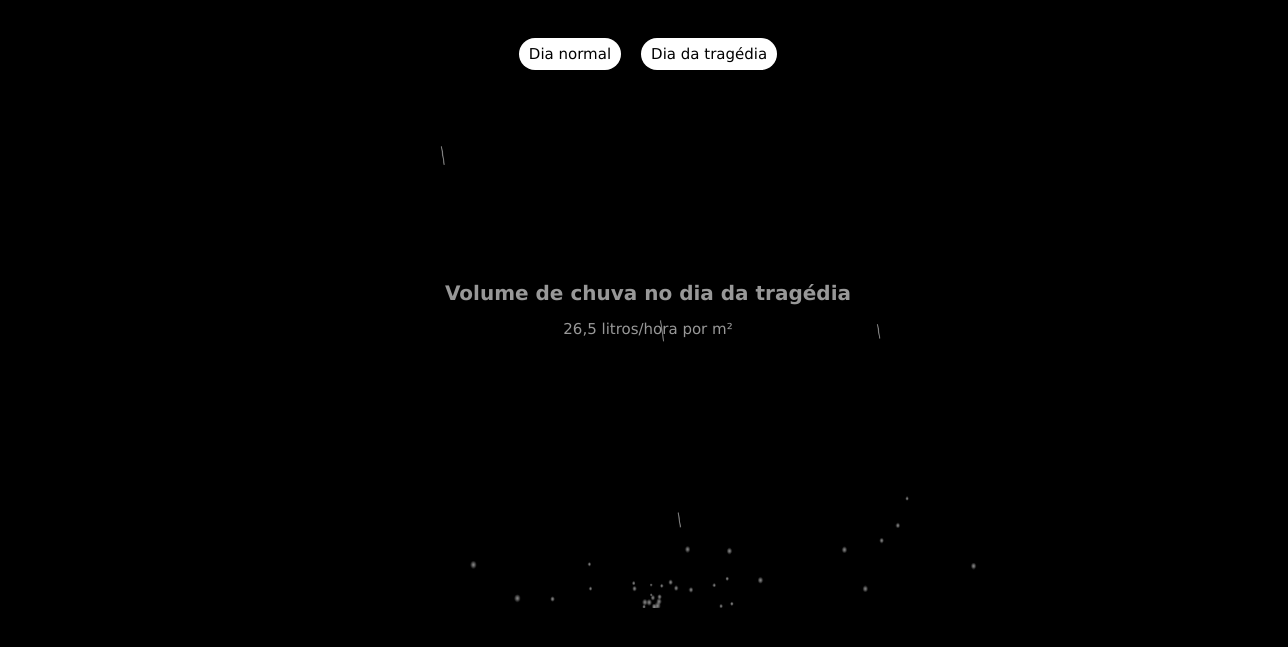
Repository: lucasthaynan/chuvas-estadao
Page: index.html
These files come from the project's save history. The page is drawn as it stood at one moment and after the next save; the edit follows.
The browser window is 1280 px wide. The page is 1288 px wide, so the pictures cover 1288 px, including what lies to the right of the window. The pictures show the whole page.

Above is the page before, as saved 2023-02-24 11:55:01.
Console error: ReferenceError: dat is not defined

After the next save:
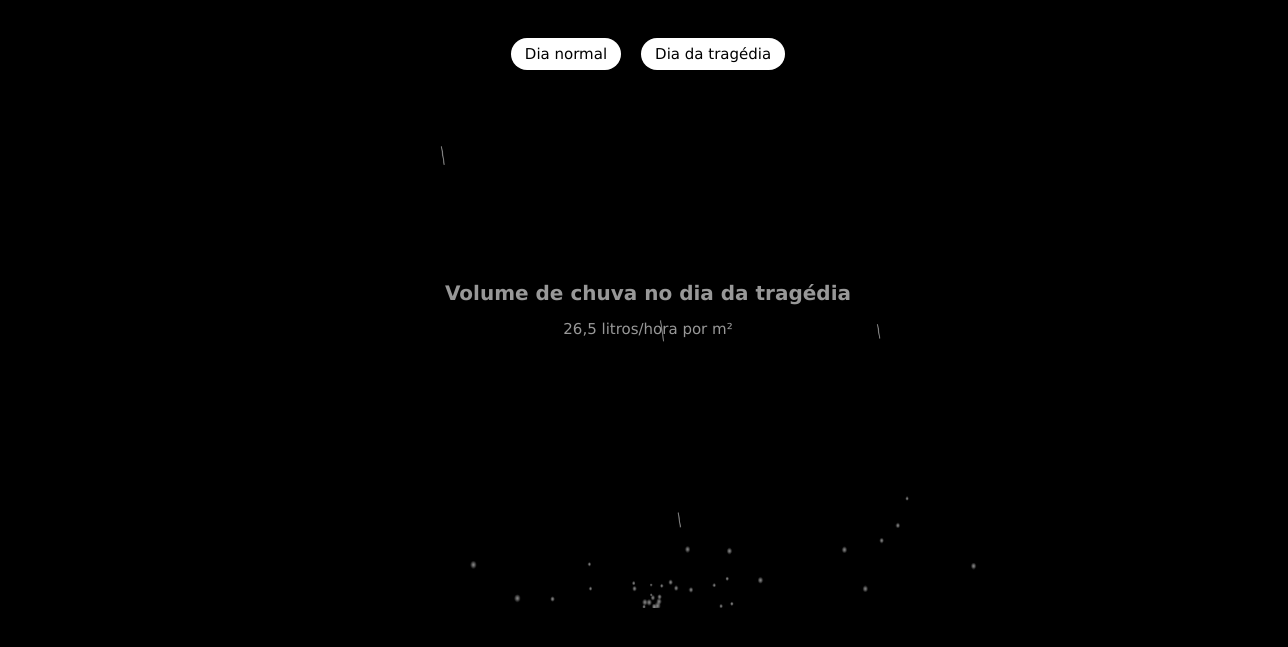
Saved 9 s later.
--- a/style.css
+++ b/style.css
@@ -98,7 +98,7 @@ div.btns {
 
 div.btns > button {
     background-color: #ffffff;
-    padding: 7px 10px;
+    padding: 7px 14px;
     border-radius: 999px;
     cursor: pointer;
     border: 0;
